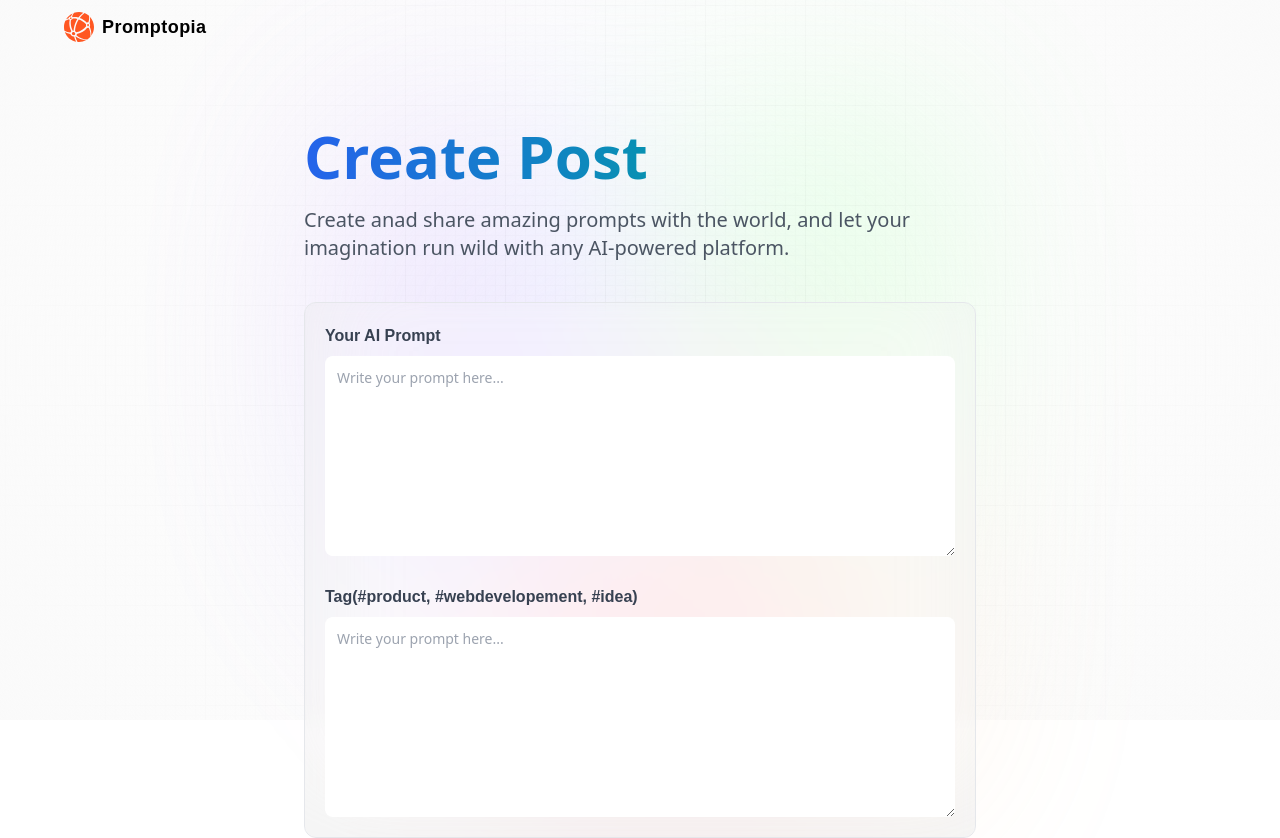
Repository: shraddesh123/promptAI
Page: /create-prompt
An editor plug-in stored every save of this project. The page is shown before and after a run of saves, followed by the edit.
The browser window is 1280 px wide. The pictures show the whole page.
The page's requests for data from a server got no answer. The project was rebuilt for these pictures with package versions that can differ from the ones it lists, and the page was loaded fresh each time. The framework's server and built-in components were replaced by stand-ins that run in the browser. No one was signed in, and anything a server would have sent is missing. Also part of the build but not shown: next.config.mjs.

Above is the page before, as saved 2024-08-02 18:42:10.

### app/layout.jsx

import "@styles/global.css";
import Nav from "@components/Nav";
import Provider from "@components/Provider";


export const metadata = {
    title: "Promptopia",
    description: "Discover & Share AI Prompts",
};
//we did not returning anything like other components
const RootLayout = ({ children }) => (
    <html lang='en'>
        <body>
            <Provider>
                <div className='main'>
                    <div className='gradient' />
                </div>
                <main className='app'>
                    <Nav />
                    {children}
                </main>
            </Provider>
        </body>
    </html>
);

export default RootLayout;

### app/create-prompt/page.jsx
"use client";
import { useState } from "react"
import { useSession } from "next-auth/react";
import { useRouter } from "next/router";

import Form from "@components/Form";


const CreatePrompt = () => {
    const [Submitting, setSubmitting] = useState(false);
    const [Post, setPost] = useState({
        prompt: '',
        tag: '',
    });
    const createPrompt = async (e) => {

    }
    return (
        <div>
            <Form
                type="Create"
                post={Post}
                setPost={setPost}
                Submitting={Submitting}
                handleSubmit={createPrompt}
            />
        </div>
    )
}

export default CreatePrompt

### styles/global.css
@import url("https://fonts.googleapis.com/css2?family=Inter:wght@100;200;300;400;500;600;700;800;900&display=swap");

@tailwind base;
@tailwind components;
@tailwind utilities;

/*
  Note: The styles for this gradient grid background is heavily inspired by the creator of this amazing site (https://dub.sh) – all credits go to them!
*/

.main {
  width: 100vw;
  min-height: 100vh;
  position: fixed;
  display: flex;
  justify-content: center;
  padding: 120px 24px 160px 24px;
  pointer-events: none;
}

.main:before {
  background: radial-gradient(circle, rgba(2, 0, 36, 0) 0, #fafafa 100%);
  position: absolute;
  content: "";
  z-index: 2;
  width: 100%;
  height: 100%;
  top: 0;
}

.main:after {
  content: "";
  background-image: url("/assets/images/grid.svg");
  z-index: 1;
  position: absolute;
  width: 100%;
  height: 100%;
  top: 0;
  opacity: 0.4;
  filter: invert(1);
}

.gradient {
  height: fit-content;
  z-index: 3;
  width: 100%;
  max-width: 640px;
  background-image: radial-gradient(
      at 27% 37%,
      hsla(215, 98%, 61%, 1) 0px,
      transparent 0%
    ),
    radial-gradient(at 97% 21%, hsla(125, 98%, 72%, 1) 0px, transparent 50%),
    radial-gradient(at 52% 99%, hsla(354, 98%, 61%, 1) 0px, transparent 50%),
    radial-gradient(at 10% 29%, hsla(256, 96%, 67%, 1) 0px, transparent 50%),
    radial-gradient(at 97% 96%, hsla(38, 60%, 74%, 1) 0px, transparent 50%),
    radial-gradient(at 33% 50%, hsla(222, 67%, 73%, 1) 0px, transparent 50%),
    radial-gradient(at 79% 53%, hsla(343, 68%, 79%, 1) 0px, transparent 50%);
  position: absolute;
  content: "";
  width: 100%;
  height: 100%;
  filter: blur(100px) saturate(150%);
  top: 80px;
  opacity: 0.15;
}

@media screen and (max-width: 640px) {
  .main {
    padding: 0;
  }
}

/* Tailwind Styles */

.app {
  @apply relative z-10 flex justify-center items-center flex-col max-w-7xl mx-auto sm:px-16 px-6;
}

.black_btn {
  @apply rounded-full border border-black bg-red-500 py-1.5 px-5 text-white transition-all hover:bg-white hover:text-black text-center text-sm font-inter flex items-center justify-center;
}

.outline_btn {
  @apply rounded-full border border-black bg-transparent py-1.5 px-5 text-black transition-all hover:bg-black hover:text-white text-center text-sm font-inter flex items-center justify-center;
}

.head_text {
  @apply mt-5 text-5xl font-extrabold leading-[1.15] text-black sm:text-6xl;
}

.orange_gradient {
  @apply bg-gradient-to-r from-amber-500 via-orange-600 to-yellow-500 bg-clip-text text-transparent;
}

.green_gradient {
  @apply bg-gradient-to-r from-green-400 to-green-500 bg-clip-text text-transparent;
}

.blue_gradient {
  @apply bg-gradient-to-r from-blue-600 to-cyan-600 bg-clip-text text-transparent;
}

.desc {
  @apply mt-5 text-lg text-gray-600 sm:text-xl max-w-2xl;
}

.search_input {
  @apply block w-full rounded-md border border-gray-200 bg-white py-2.5 font-satoshi pl-5 pr-12 text-sm shadow-lg font-medium focus:border-black focus:outline-none focus:ring-0;
}

.copy_btn {
  @apply w-7 h-7 rounded-full bg-white/10 shadow-[inset_10px_-50px_94px_0_rgb(199,199,199,0.2)] backdrop-blur flex justify-center items-center cursor-pointer;
}

.glassmorphism {
  @apply rounded-xl border border-gray-200 bg-white/20 shadow-[inset_10px_-50px_94px_0_rgb(199,199,199,0.2)] backdrop-blur p-5;
}

.prompt_layout {
  @apply space-y-6 py-8 sm:columns-2 sm:gap-6 xl:columns-3;
}

/* Feed Component */
.feed {
  @apply mt-16 mx-auto w-full max-w-xl flex justify-center items-center flex-col gap-2;
}

/* Form Component */
.form_textarea {
  @apply w-full flex rounded-lg h-[200px] mt-2 p-3 text-sm text-gray-500 outline-0;
}

.form_input {
  @apply w-full flex rounded-lg mt-2 p-3 text-sm text-gray-500 outline-0;
}

/* Nav Component */
.logo_text {
  @apply max-sm:hidden font-satoshi font-semibold text-lg text-black tracking-wide;
}

.dropdown {
  @apply absolute right-0 top-full mt-3 w-full p-5 rounded-lg bg-white min-w-[210px] flex flex-col gap-2 justify-end items-end;
}

.dropdown_link {
  @apply text-sm font-inter text-gray-700 hover:text-gray-500 font-medium;
}

/* PromptCard Component */
.prompt_card {
  @apply flex-1 break-inside-avoid rounded-lg border border-gray-300 bg-white/20 bg-clip-padding p-6 pb-4 backdrop-blur-lg backdrop-filter md:w-[360px] w-full h-fit;
}

.flex-center {
  @apply flex justify-center items-center;
}

.flex-start {
  @apply flex justify-start items-start;
}

.flex-end {
  @apply flex justify-end items-center;
}

.flex-between {
  @apply flex justify-between items-center;
}

### components/Nav.jsx
"use client";
import Link from "next/link"
import Image from "next/image"
import { useState, useEffect } from "react"
import { signIn, signOut, useSession, getProviders } from 'next-auth/react'


const Nav = () => {

    const { data: session } = useSession();
    const [providers, setProviders] = useState(null);
    const [toggleDropdown, setToggleDropdown] = useState(false);

    useEffect(() => {//functional component to fetch the available authentication providers from the next-auth library
        const setUpProviders = async () => {
            const res = await getProviders();//the getProviders function is called and the result is stored in the res variable.
            setProviders(res);
            // The setProviders function is then called with the res variable to update the providers state variable.
        }
        setUpProviders();
    }, []);


    return (
        <nav className="flex-between w-full mb-16 pt-3">
            <Link
                href="/"
                className="flex gap-2 flex-center">

                <Image
                    src="/assets/images/logo.svg"
                    width={30}
                    height={30}
                    className="object-contain"
                    alt="logo"
                />

                <p className="logo_text">Promptopia</p>

            </Link>
            {/*desktop navigation*/}
            <div className="sm:flex hidden">
                {session?.user ? (
                    <div className="flex gap-3 md:gap-5">
                        <Link
                            href="/create-prompt"
                            className="black_btn"
                        >
                            Create Post
                        </Link>
                        <button
                            type="button"
                            onClick={signOut}
                            className="outline_btn">
                            Sign Out
                        </button>
                        <Link href="/profile">
                            <Image
                                src={session?.user.image}
                                width={37}
                                height={37}
                                className="rounded-full"
                                alt="profile"
                            />
                        </Link>
                    </div>
                ) : (
                    <>
                        {providers &&
                            Object.values(providers).map((provider) => (
                                <button
                                    type='button'
                                    key={provider.name}
                                    onClick={() => {
                                        signIn(provider.id);
                                    }}
                                    className='black_btn'
                                >
                                    Sign In
                                </button>
                            ))}
                    </>
                )}
            </div>
            {/*mobile navigation*/}
            <div className="sm:hidden flex relative">
                {session?.user ? (
                    <div className="flex">
                        <Image
                            src={session?.user.image}
                            width={30}
                            height={30}
                            className="object-contain cursor-pointer"
                            alt="profile"
                            onClick={() => setToggleDropdown(!toggleDropdown)}//prev is a reference to the previous value of the toggleDropdown state variable.!prev expression is used to toggle the value of prev. If prev is true, !prev will be false, and vice versa.
                        />
                        {toggleDropdown && (
                            <div className="dropdown">
                                <Link
                                    href='/profile'
                                    className='dropdown_link'
                                    onClick={() => setToggleDropdown(false)}
                                >
                                    My Profile
                                </Link>
                                <Link
                                    href='/create-prompt'
                                    className='dropdown_link'
                                    onClick={() => setToggleDropdown(false)}
                                >
                                    Create Post
                                </Link>
                                <button
                                    type="button"
                                    onClick={() => {
                                        setToggleDropdown(false);
                                        signOut();
                                    }}
                                    className="mt-5 w-full black_btn"
                                >
                                    Sign Out
                                </button>
                            </div>
                        )}
                    </div>
                )
                    :
                    (
                        <>
                            {providers &&
                                Object.values(providers).map((provider) => (
                                    <button
                                        type='button'
                                        key={provider.name}
                                        onClick={() => {
                                            signIn(provider.id);
                                        }}
                                        className='black_btn'
                                    >
                                        Sign in
                                    </button>
                                ))}
                        </>
                    )}
            </div>
        </nav>
    )
}

export default Nav

### components/Provider.jsx
"use client";
import { SessionProvider } from 'next-auth/react'

const Provider = ({ children, session }) => {

  return (
    <SessionProvider session={session}>
      {children}
    </SessionProvider>
  )
}

export default Provider

### components/Form.jsx
import Link from "next/link"

const Form = ({ type, post, setPost, Submitting, handleSubmit }) => {
  return (
    <section className="w-full max-w-full flex-start flex-col">
      <h1 className="head_text text-left "> <span className="blue_gradient">{type} Post</span></h1>
      <p className="desc text-left max-w-md">
        {type} anad share amazing prompts with the world, and let your imagination run wild with any AI-powered platform.
      </p>
      <form
        onSubmit={handleSubmit}
        className="mt-10 w-full max-w-2xl flex flex-col gap-7 glassmorphism">
        <label>
          <span className="font-satoshi font-semibold text-base text-gray-700">Your AI Prompt</span>
          <textarea value={post.prompt} onChange={(e) => setPost({
            ...post,
            prompt: e.target.value
          })}
            placeholder="Write your prompt here..."
            className="form_textarea" />
        </label>
        <label>
          <span className="font-satoshi font-semibold text-base text-gray-700">Tag
            <span>(#product, #webdevelopement, #idea)</span>
          </span>
          <textarea value={post.prompt} onChange={(e) => setPost({
            ...post,
            prompt: e.target.value
          })}
            placeholder="Write your prompt here..."
            className="form_textarea" />
        </label>
      </form>
    </section>
  )
}

export default Form

Loaded but not shown: tailwind.config.js (common file)

After the next 2 saves:
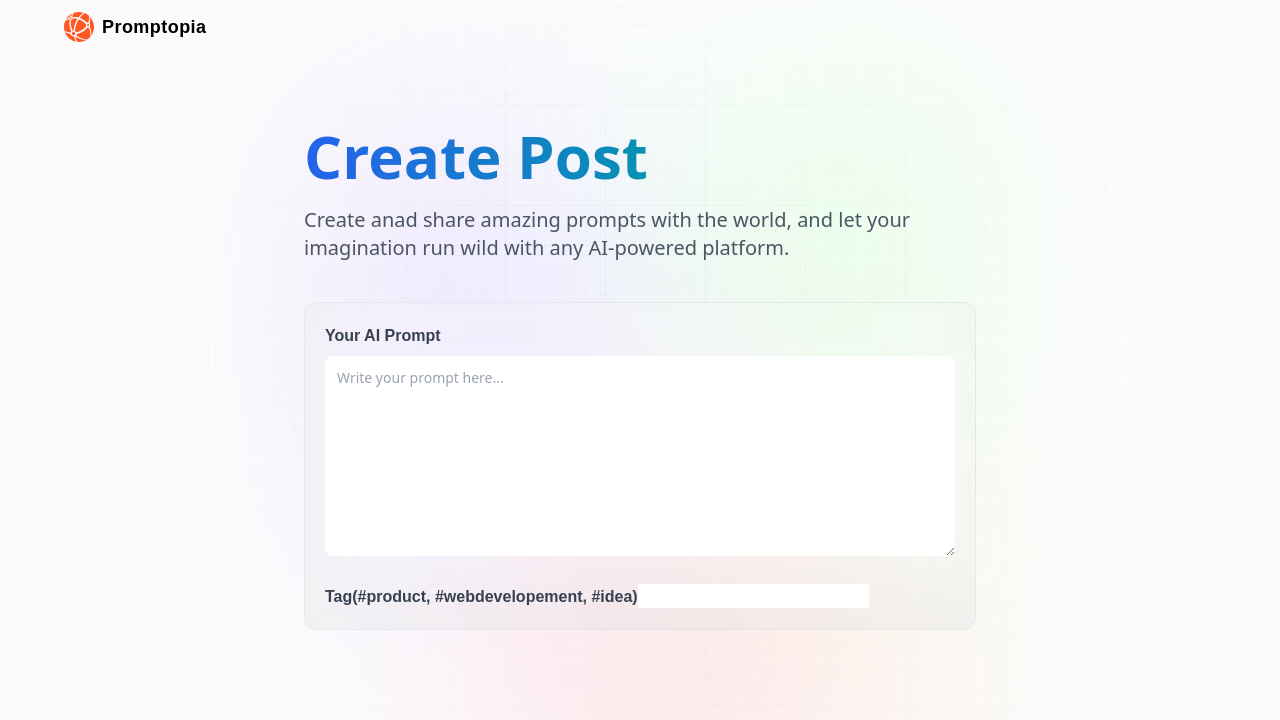
The 2 saves are shown as one change because they came seconds apart.
The last was saved 59 s later.
--- a/components/Form.jsx
+++ b/components/Form.jsx
@@ -23,12 +23,7 @@
           <span className="font-satoshi font-semibold text-base text-gray-700">Tag
             <span>(#product, #webdevelopement, #idea)</span>
           </span>
-          <textarea value={post.prompt} onChange={(e) => setPost({
-            ...post,
-            prompt: e.target.value
-          })}
-            placeholder="Write your prompt here..."
-            className="form_textarea" />
+          <input type="text" />
         </label>
       </form>
     </section>

After the 2 saves that followed:
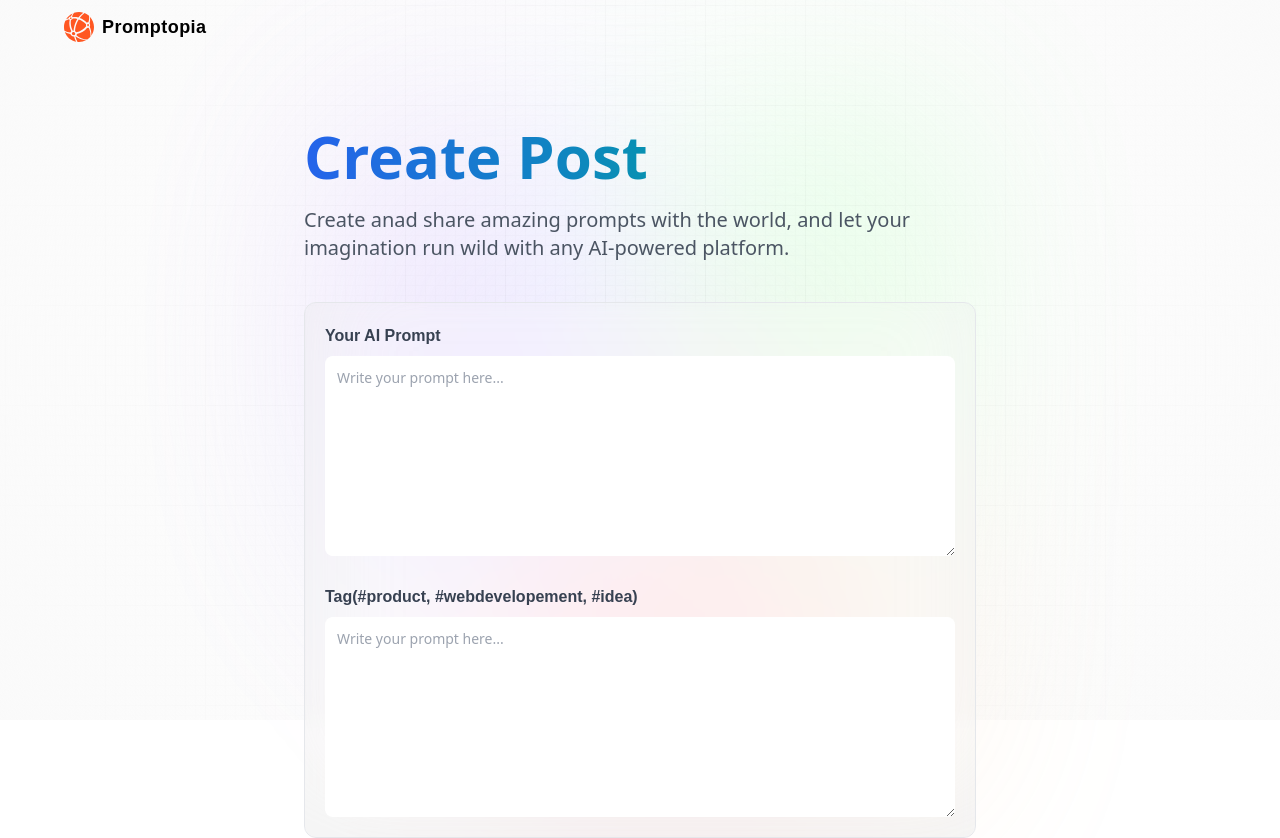
The 2 saves are shown as one change because they came seconds apart.
The last was saved 9 s later.
--- a/components/Form.jsx
+++ b/components/Form.jsx
@@ -23,7 +23,12 @@
           <span className="font-satoshi font-semibold text-base text-gray-700">Tag
             <span>(#product, #webdevelopement, #idea)</span>
           </span>
-          <input type="text" />
+          <textarea value={post.prompt} onChange={(e) => setPost({
+            ...post,
+            prompt: e.target.value
+          })}
+            placeholder="Write your prompt here..."
+            className="form_textarea" />
         </label>
       </form>
     </section>
